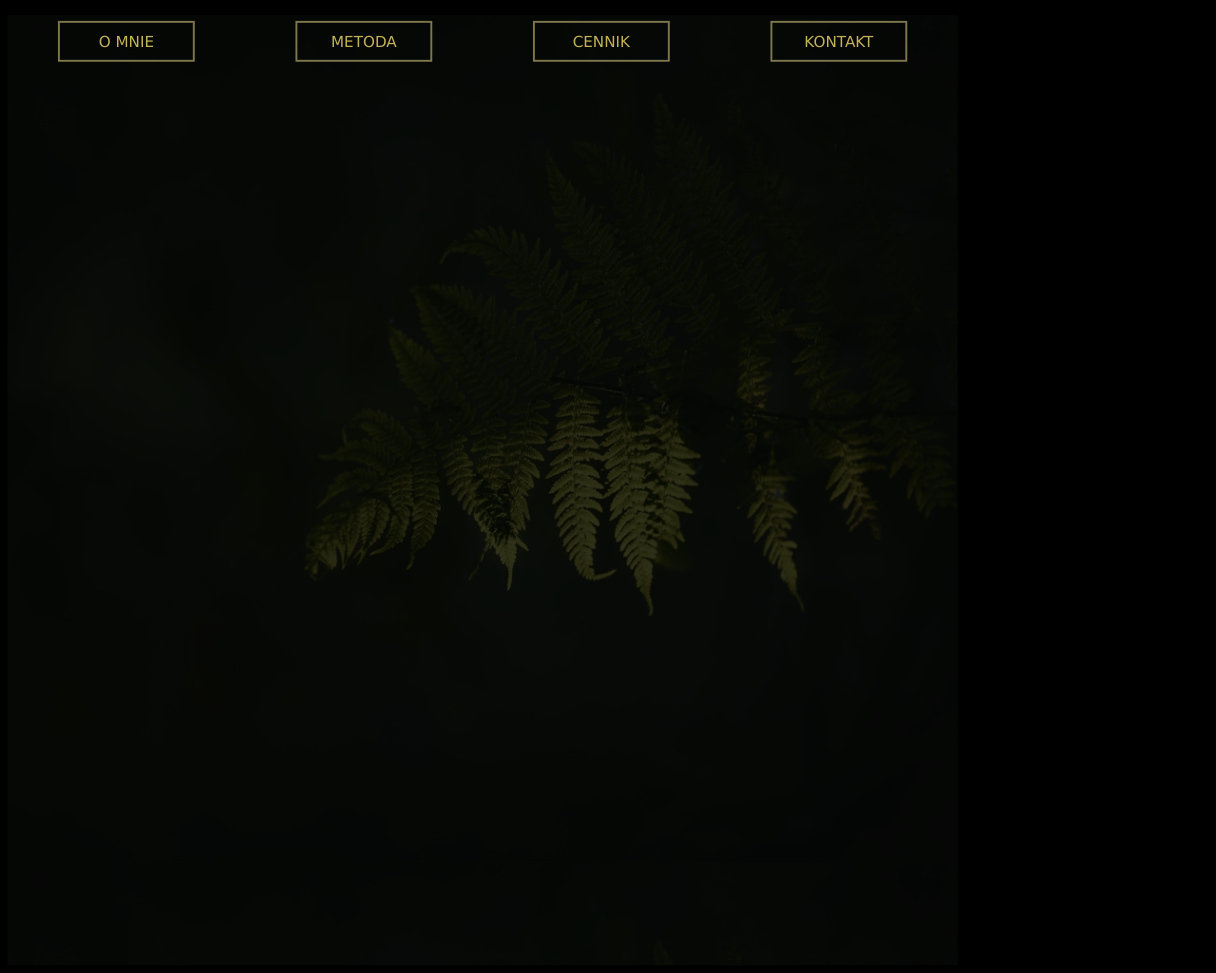
Repository: LechCieslak/Anna_Cieslak_v2.1
Page: index.html
The author's editor kept a copy of each file at every save. The page is drawn from the files as they stood at one save, then again after a run of saves.
The browser window is 1280 px wide. The pictures show the whole page, at 95% of full size.

Above is the page before, as saved 2020-09-17 16:06:40.

After the next 2 saves:
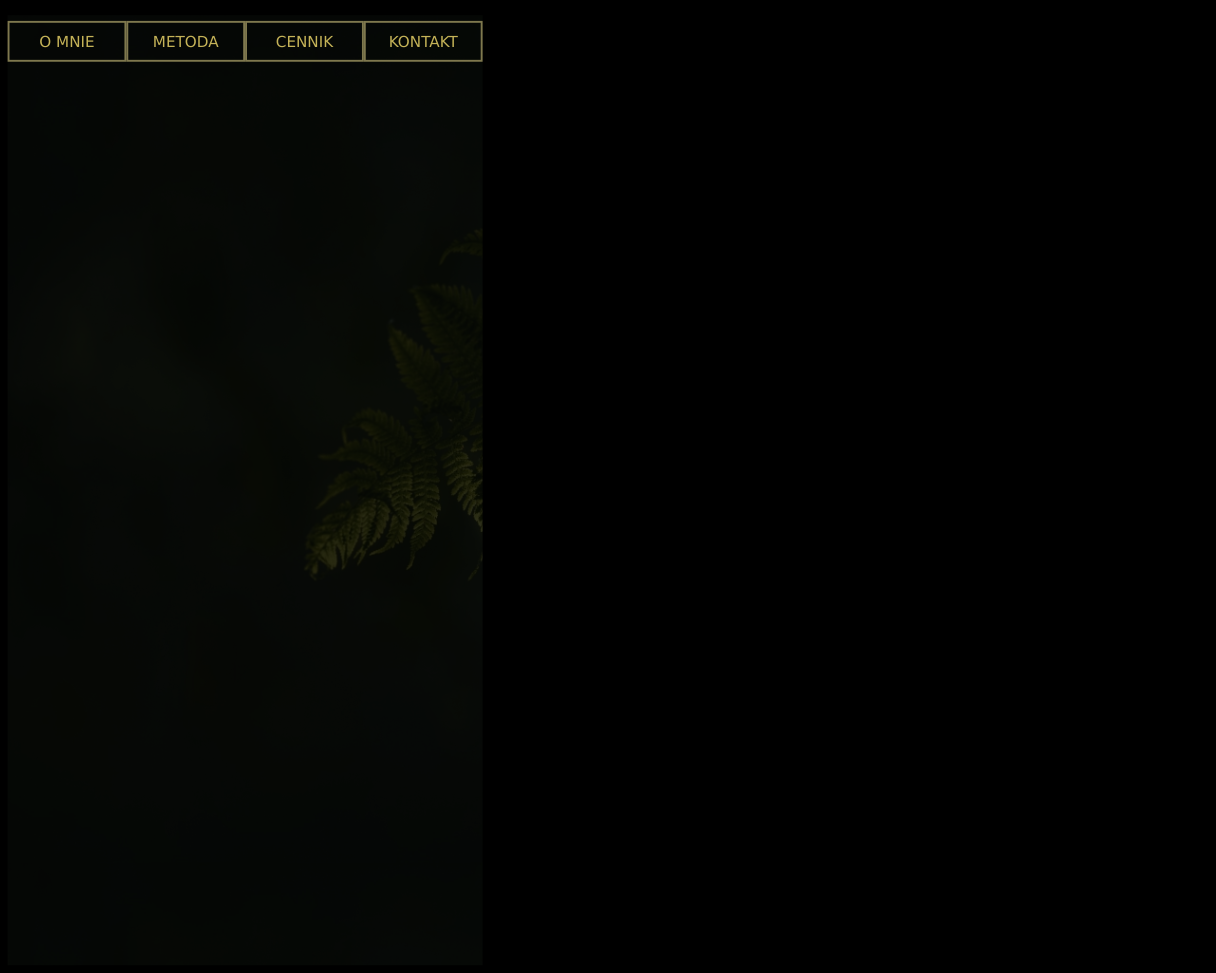
The 2 saves are shown as one change because they came seconds apart.
The last was saved 26 s later.
--- a/style.css
+++ b/style.css
@@ -11,7 +11,7 @@ body {
     background-color: black;
     color: var(--text);
     /* animation: backgroundEffPoz 3s forwards; */
-    width: 1000px;
+    width: 500px;
     height: 1000px;
     display: block;
     position: relative;
